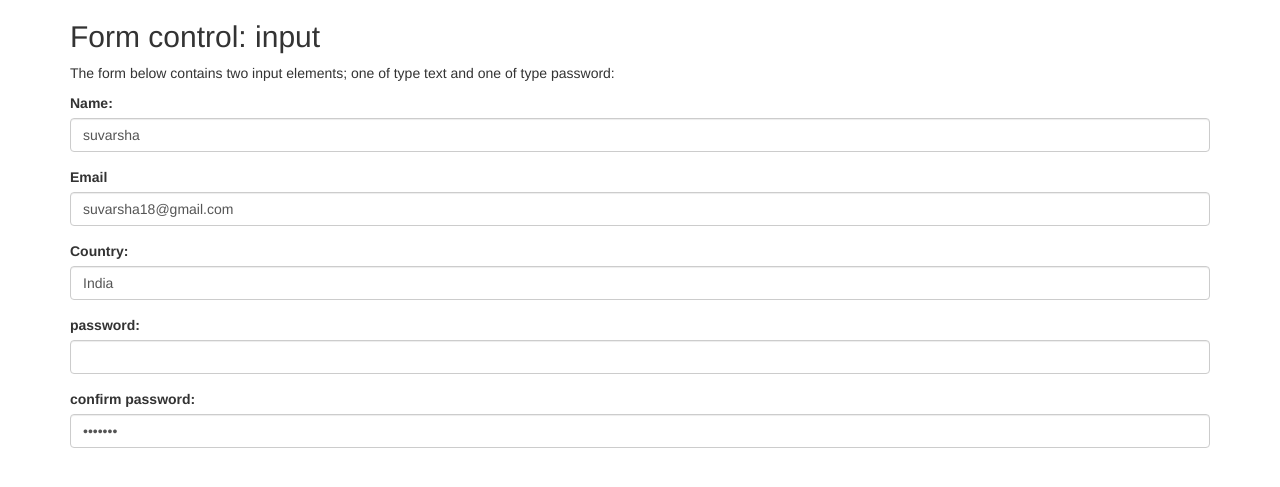
Repository: suvarsha/cognizant-projects
Page: BootStramp1/WebContent/register.html
These files come from the project's save history. The page is drawn as it stood at one moment and after the next save; the edit follows.
The browser window is 1280 px wide. The pictures show the whole page.

Above is the page before, as saved 2020-01-20 04:13:16.

After the next save:
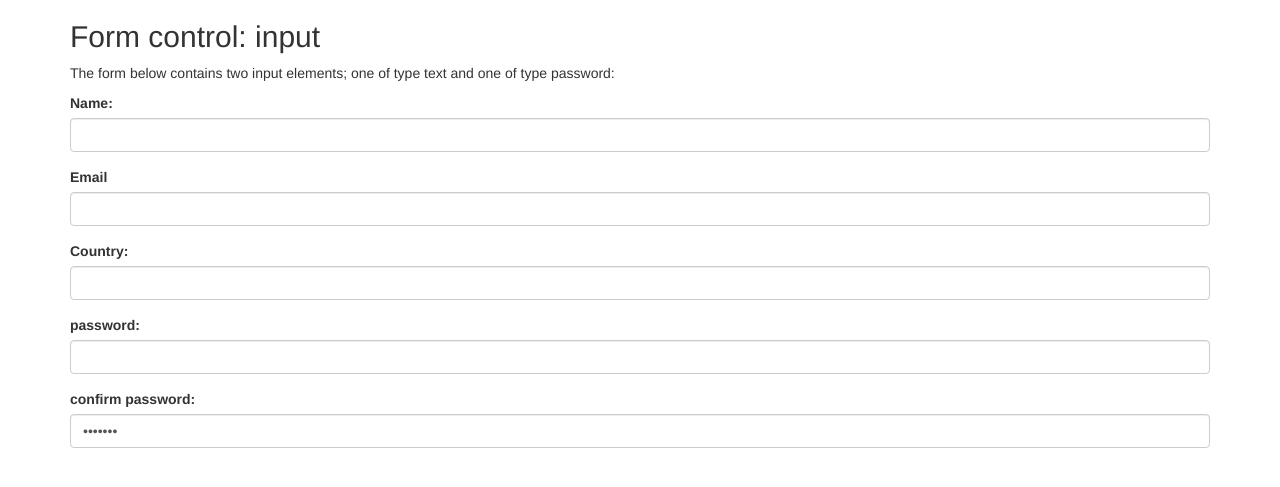
Saved 2 min 10 s later.
--- a/BootStramp1/WebContent/register.html
+++ b/BootStramp1/WebContent/register.html
@@ -16,15 +16,15 @@
   <form>
     <div class="form-group">
       <label for="usr">Name:</label>
-      <input type="text"  value=suvarsha class="form-control" id="usr">
+      <input type="text"   class="form-control" id="usr">
     </div>
     <div class="form-group">
       <label for="mail">Email</label>
-      <input type="email"  value=suvarsha18@gmail.com class="form-control" id="ml">
+      <input type="email"   class="form-control" id="ml">
     </div>
     <div class="form-group">
       <label for="cnty">Country:</label>
-      <input type="text" class="form-control"   value=India id="cy">
+      <input type="text" class="form-control"    id="cy">
       </div>
        <div class="form-group">
       <label for="password">password:</label>
